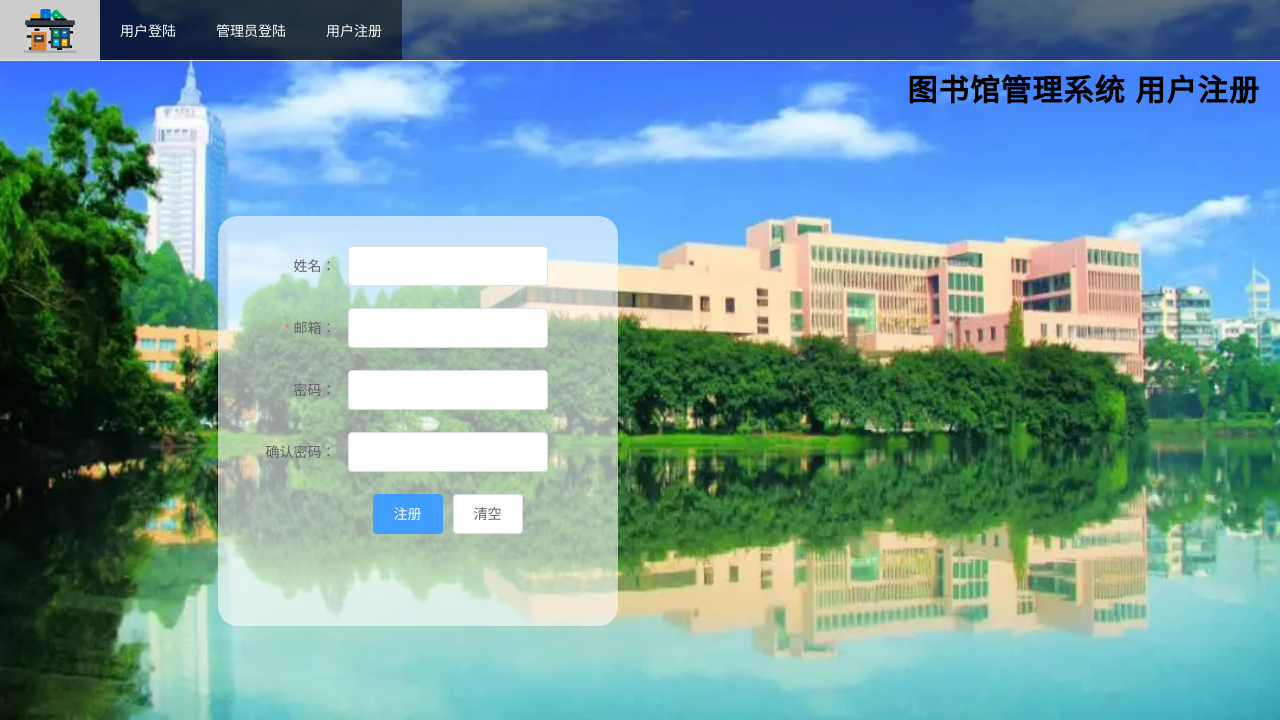
Repository: Akron-xz/helloVue
Page: /#/signup (app in vue-library/)
These files come from the project's save history. The page is drawn as it stood at one moment and after the next save; the edit follows.
The browser window is 1280 px wide. The pictures show the whole page.
The project was rebuilt for these pictures with package versions that can differ from the ones it lists, and the page was loaded fresh each time. Also part of the build but not shown: vue-library/src/views/Home.vue.

Above is the page before, as saved 2020-11-24 22:37:47.

### vue-library/src/main.js
import Vue from 'vue'
import App from './App.vue'
import ElementUI from 'element-ui';
import 'element-ui/lib/theme-chalk/index.css';
import axios from "axios"
import router from './router'
import Router from 'vue-router'

const routerPush = Router.prototype.push
Router.prototype.push = function push(location) {
    return routerPush.call(this, location).catch(error => error)
}

Vue.config.productionTip = false
Vue.use(ElementUI);
Vue.prototype.$axios = axios;


new Vue({
    router,
    render: h => h(App)
}).$mount('#app')

### vue-library/src/router/index.js
import Vue from 'vue'
import VueRouter from 'vue-router'
import Home from '../views/Home.vue'


Vue.use(VueRouter)

const routes = [{
        path: '/',
        name: 'Home',
        component: Home
    },
    {
        path: '/about',
        name: 'About',
        // route level code-splitting
        // this generates a separate chunk (about.[hash].js) for this route
        // which is lazy-loaded when the route is visited.
        component: () =>
            import ( /* webpackChunkName: "about" */ '../views/About.vue')
    },
    {
        path: '/admin',
        name: 'Admin',
        // route level code-splitting
        // this generates a separate chunk (about.[hash].js) for this route
        // which is lazy-loaded when the route is visited.
        component: () =>
            import ( /* webpackChunkName: "about" */ '../views/Administrator.vue')
    },
    {
        path: "/userLogin",
        name: "UserLogin",
        component: () =>
            import ('../views/UserLogin.vue')
    },
    {
        path: "/user",
        name: "User",
        component: () =>
            import ( /* webpackChunkName: "about" */ '../views/User.vue')
    },
    {
        path: "/signup",
        name: "SignUp",
        component: () =>
            import ('../views/SignUp.vue')
    },
    {
        path: "/adminmain",
        name: "AdminMain",
        component: () =>
            import ('../views/AdminMain.vue')
    },
    {

        path: "/MyInformation",
        name: "MyInformation",
        component: () =>
            import ('../views/MyInformation.vue')
    },
    {
        path: "/library",
        name: "Library",
        component: () =>
            import ( /* webpackChunkName: "about" */ '../views/Library.vue')

    },
    {
        path: "/modifymsg",
        name: "ModifyMsg",
        component: () =>
            import ('../views/ModifyMsg.vue')
    },
    {
        path: "/borrowhistory",
        name: "BorrowHistory",
        component: () =>
            import ('../views/BorrowHistory.vue')
    },
    {
        path: "/newissue",
        name: "NewIssue",
        component: () =>
            import ('../views/NewIssue.vue')
    },
    {
        path: "/booksearch",
        name: "BookSearch",
        component: () =>
            import ('../views/BookSearch.vue')
    },
    {
        path: "/MyBookshelves",
        name: "MyBookshelves",
        component: () =>
            import ('../views/MyBookshelves.vue')
    },
    {
        path: "/modifyAnnounce",
        name: "ModifyAnnounce",
        component: () =>
            import ('../views/ModifyAnnounce.vue')
    },
    {
        path: "/statistics",
        name: "Statistics",
        component: () =>
            import ('../views/Statistics.vue')
    },


]

const router = new VueRouter({
    routes
})

export default router

### vue-library/src/views/SignUp.vue
<template>
  <div class="signup-container">
    <homeNavigation></homeNavigation>
    <el-header>图书馆管理系统  用户注册</el-header>
    <div class="signUpBox">
      <el-form
        :model="ruleForm2"
        status-icon
        :rules="rules2"
        ref="ruleForm2"
        label-width="100px"
        class="demo-ruleForm"
      >
        <!-- <el-form-item label="注册ID：" prop="id">
          <el-input
            v-model.number="ruleForm2.id"
            onKeypress="javascript:if(event.keyCode == 32)event.returnValue = false;"
          ></el-input>
        </el-form-item> -->

        <el-form-item label="姓名：" prop="name">
          <el-input
            v-model="ruleForm2.name"
            onKeypress="javascript:if(event.keyCode == 32)event.returnValue = false;"
          ></el-input>
        </el-form-item>

        <el-form-item
          label="邮箱："
          prop="email"
          :rules="[
            { required: true, message: '请输入邮箱', trigger: 'blur' },
            { type: 'email', message: '请输入正确的邮箱地址', trigger: 'blur' },
          ]"
        >
          <el-input
            v-model="ruleForm2.email"
            onKeypress="javascript:if(event.keyCode == 32)event.returnValue = false;"
          ></el-input>
        </el-form-item>

        <el-form-item label="密码：" prop="pwd">
          <el-input
            type="password"
            v-model="ruleForm2.pwd"
            auto-complete="off"
            onKeypress="javascript:if(event.keyCode == 32)event.returnValue = false;"
          ></el-input>
        </el-form-item>
        <el-form-item label="确认密码：" prop="checkPwd">
          <el-input
            type="password"
            v-model="ruleForm2.checkPwd"
            auto-complete="off"
            onKeypress="javascript:if(event.keyCode == 32)event.returnValue = false;"
          ></el-input>
        </el-form-item>

        <el-form-item>
          <el-button type="primary" @click="submitForm('ruleForm2')"
            >注册</el-button
          >
          <el-button @click="resetForm('ruleForm2')">清空</el-button>
        </el-form-item>
      </el-form>
    </div>

  </div>
</template>



<script>
import axios from "axios";
import homeNavigation from '@/components/homeNav.vue'
export default {
  components:{
        homeNavigation
    },
  data() {
    var checkId = (rule, value, callback) => {
      if (!value) {
        return callback(new Error("注册ID不能为空"));
      }
      setTimeout(() => {
        if (!Number.isInteger(value)) {
          callback(new Error("请输入数值"));
        } else {
          callback();
        }
      }, 1000);
    };
    var checkName = (rule, value, callback) => {
      if (!value) {
        return callback(new Error("姓名不能为空"));
      } else {
        callback();
      }
    };

    var validatePass = (rule, value, callback) => {
      if (value === "") {
        callback(new Error("请输入密码"));
      } else {
        if (this.ruleForm2.checkPwd !== "") {
          this.$refs.ruleForm2.validateField("checkPwd");
        }
        callback();
      }
    };
    var validatePass2 = (rule, value, callback) => {
      if (value === "") {
        callback(new Error("请再次输入密码!!"));
      } else if (value !== this.ruleForm2.pwd) {
        callback(new Error("两次输入密码不一致!"));
      } else {
        callback();
      }
    };
    return {
      ruleForm2: {
        id: "",
        name: "",
        email: "",
        pwd: "",
        checkPwd: "",
      },
      rules2: {
        id: [{ validator: checkId, trigger: "blur" }],
        name: [{ validator: checkName, trigger: "blur" }],

        pwd: [{ validator: validatePass, trigger: "blur" }],
        checkPwd: [{ validator: validatePass2, trigger: "blur" }],
      },
    };
  },
  methods: {
    submitForm(formName) {
      this.$refs[formName].validate((valid) => {
        console.log(valid);
        if (valid) {

          axios(
            {
              method: "post",
              url: "http://localhost:8081/user/saveUser/",
              data: {
                userId: this.ruleForm2.id,
                name: this.ruleForm2.name,
                email: this.ruleForm2.email,
                password: this.ruleForm2.pwd,
              },
            },
            { emulateJSON: true }
          ).then((res) => {
            this.ruleForm2.id = "";
            this.ruleForm2.name = "";
            this.ruleForm2.email = "";
            this.ruleForm2.pwd = "";
            this.ruleForm2.checkPwd = "";
            this.$message({
              message:"注册成功，您的ID为："+res.data,
              type: "success",
              duration:5000
            });
            this.$router.push({path:'/userLogin'})
          });
        } else {
          console.log("error submit!!");
          return false;
        }
      });
    },
    resetForm(formName) {
      this.$refs[formName].resetFields();
    },
  },
  resetForm(formName) {
    this.$refs[formName].resetFields();
  },
};
</script>

<style scoped>
.signup-container {
  position: fixed;
  left: 0;
  top: 0;
  width: 100%;
  height: 100%;
  background-image: url(/img/divBg/bg25.png);
  background-size: 100% 100%;
}

.el-header {
  text-align: right;
  line-height: 60px;
  font-weight: 1000;
  font-size: 30px;
  color: black;
  letter-spacing: 0.04em;
}

.demo-ruleForm {
  position: absolute;
  right: 70px;
  top: 30px;
  width: 300px;
  height: 50px;
}

.signUpBox {
  position: absolute;
  top: 30%;
  left: 17%;
  width: 400px;
  height: 410px;
  background: #ffffff99;
  border-radius: 20px;
}

</style>

### vue-library/src/components/homeNav.vue
<template>

    <div class="navigation-bar">
        <el-menu
            class="el-menu-demo"
            mode="horizontal"
            @select="handleSelect"
            background-color="#00000080"
            text-color="#ffffff"
            text-font="15px"
            border="none"
            >


            <el-menu-item index="1" @click="toMain">
                <img src="/img/libraryIcon.png" alt="" target="_self" class="libraryIcon">
            </el-menu-item>

            <el-menu-item index="2" @click="toLogin">
                <a  target="_self"  >用户登陆</a>
            </el-menu-item>

            <el-menu-item index="3" @click="toAdministrator">
                <a  target="_self">管理员登陆</a>
            </el-menu-item>

            <el-menu-item index="4" @click="toSignUp">
                <a  target="_self">用户注册</a>
            </el-menu-item>

            <!-- <el-menu-item index="5" @click="toLibrary">
                <a  target="_self">图书馆</a>
            </el-menu-item> -->

            <!-- <el-menu-item index="6" class="exitIcon">
                <img src="/img/logoutIcon.png" alt="" target="_self" class="logoutIcon">
            </el-menu-item> -->

            <!-- <el-menu-item index="6" @click="toMain">
                <a  target="_self">返回主页</a>
            </el-menu-item> -->
        </el-menu>

    </div>
</template>

<script>
export default {
    name:"Nav",
    data() {
      return {
        activeIndex: '1'
      }
    },
    methods: {
    handleSelect(key, keyPath) {
      console.log(key, keyPath);
    },
    toMain(){
      this.$router.push({path:'/'});
    },

    toLogin(){
      this.$router.push({path:'/UserLogin'});
    },
    toAdministrator(){
      this.$router.push({path:'/Admin'});
    },
    toSignUp(){
      this.$router.push({path:'/SignUp'});
    },




  },

}
</script>>

<style scoped>
.libraryIcon{
  height: 60px;
  width: 60px;
}

.exitIcon{
  float: right;
}

.logoutIcon{
  height: 40px;
  width: 40px;
}

</style>>

Loaded but not shown: vue-library/public/index.html (common file); vue-library/src/App.vue (common file)

After the next save:
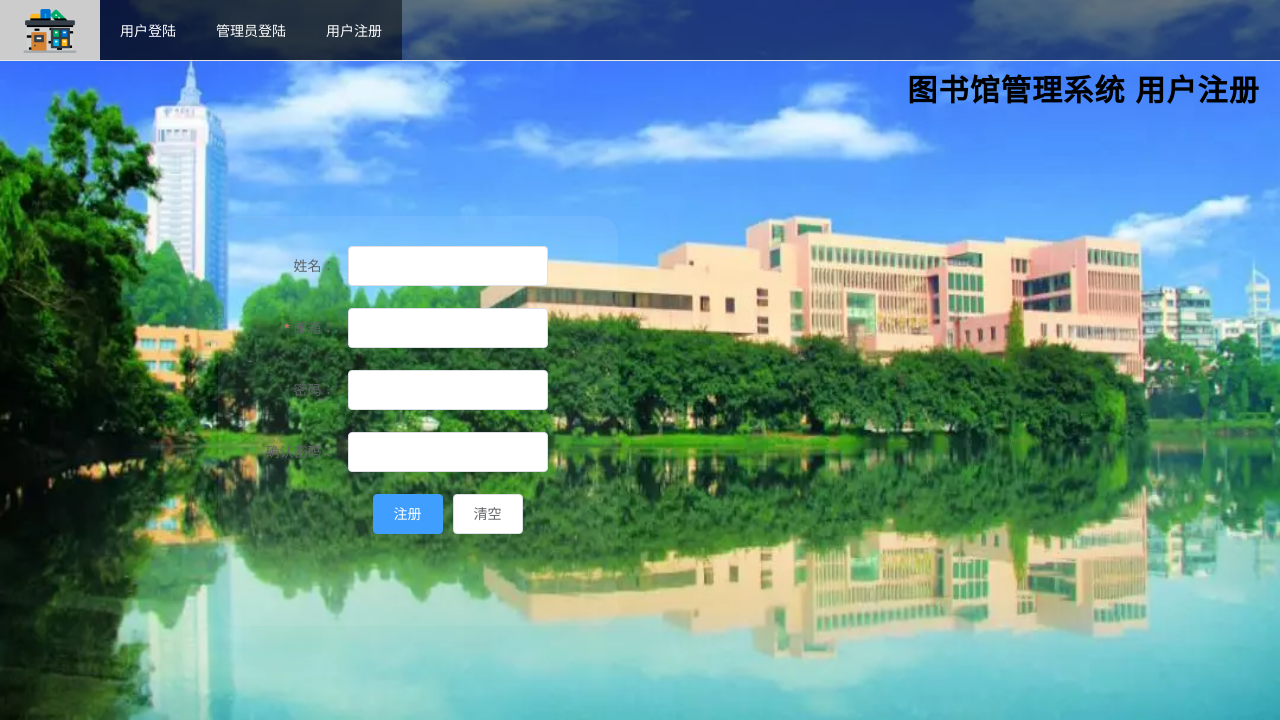
Saved 12 s later.
--- a/vue-library/src/views/SignUp.vue
+++ b/vue-library/src/views/SignUp.vue
@@ -215,7 +215,7 @@ export default {
   left: 17%;
   width: 400px;
   height: 410px;
-  background: #ffffff99;
+  background: #ffffff11;
   border-radius: 20px;
 }
 
